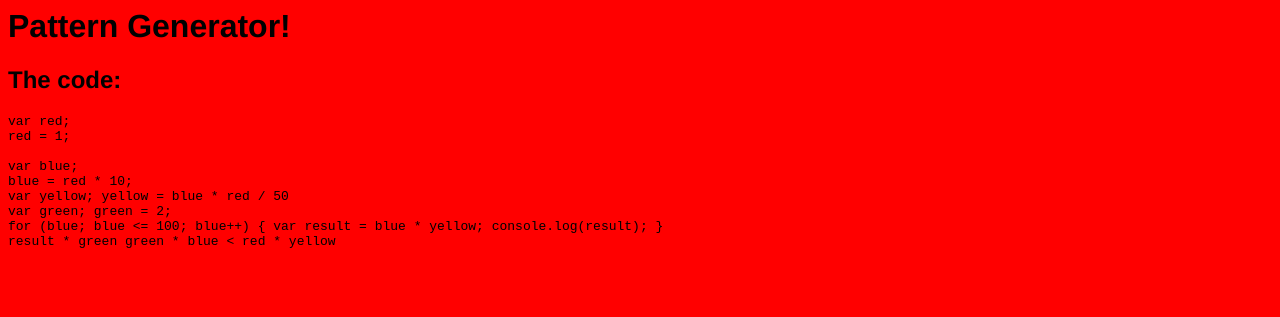
Repository: simonekurtz/simonekurtz.github.io
Page: 4ASGN_JAVA1/index.html
The author's editor kept a record of every edit. The page is drawn from the files as they stood at one moment, then again after the next edit.
The browser window is 1280 px wide. The pictures show the whole page.

Above is the page before.

After the next edit:
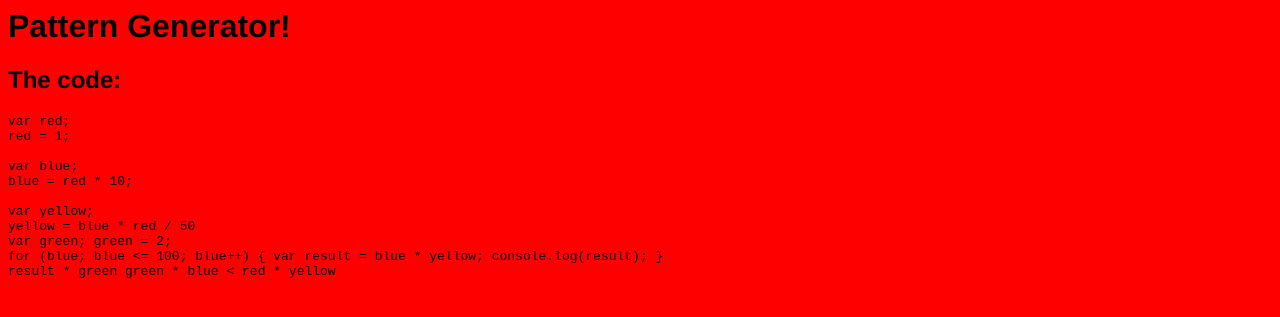
The edit:
--- a/4ASGN_JAVA1/index.html
+++ b/4ASGN_JAVA1/index.html
@@ -15,7 +15,8 @@
                 var blue;<br>
                 blue = red * 10;
             <br>
-                var yellow;
+            <br>
+                var yellow;<br>
                 yellow = blue * red / 50
             <br>
                 var green;
